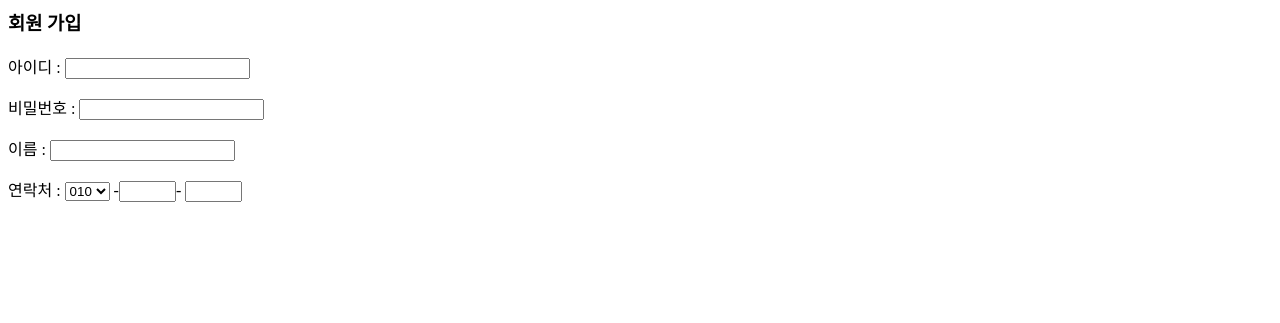
Repository: ramperrit/JSP
Page: http://localhost/JSPBook/Ch08/validation03.jsp
The author's editor kept a copy of each file at every save. The page is drawn from the files as they stood at one save, then again after the next save.
The browser window is 1280 px wide. The pictures show the whole page.
The page is served by Tomcat 9. Nobody is signed in. The application's start-up code is not run.

Above is the page before, as saved 2024-02-23 09:00:42.
Console error (its wording comes from the project's code and is left out).

After the next save:
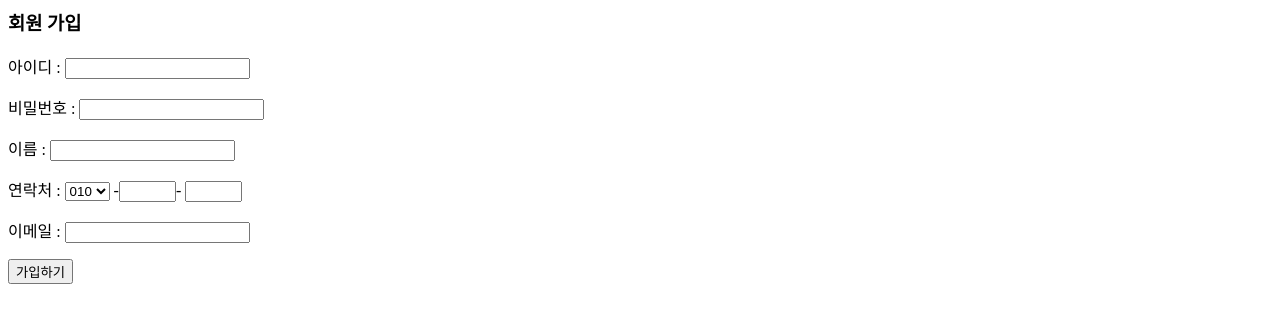
Saved 2 min 45 s later.
--- a/JSPBook/src/main/webapp/Ch08/validation03.jsp
+++ b/JSPBook/src/main/webapp/Ch08/validation03.jsp
@@ -59,6 +59,7 @@
 				 </select>
 			-<input type="text" maxlength="4" size="4" name="phone2">-
 			<input type="text" maxlength="4" size="4" name="phone3">
-
+		<p> 이메일 : <input type="text" name="email">
+		<p> <input type="button" value="가입하기" onClick="checkMember()">
 </body>
 </html>
